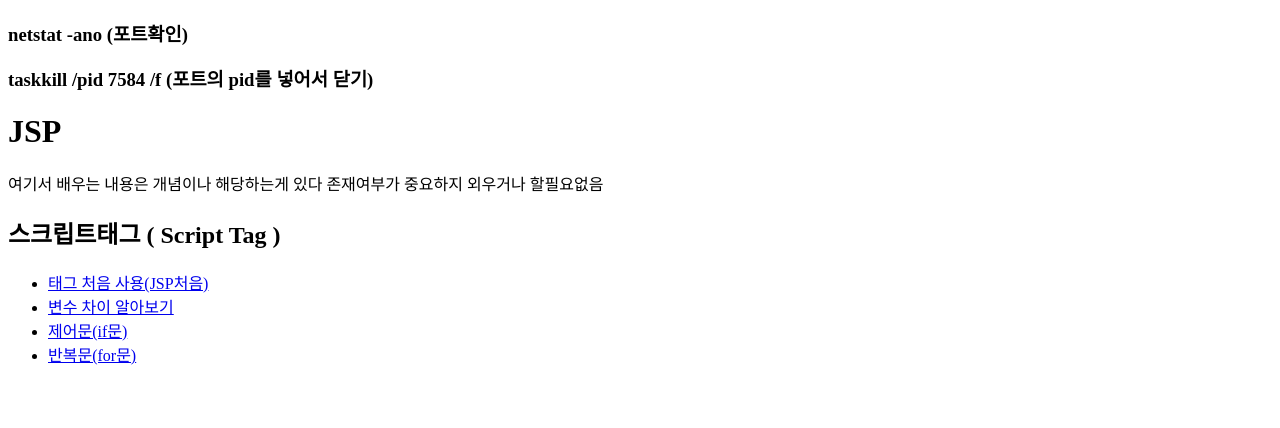
Repository: joeunpyeong/javaA
Page: 03.Tag/src/main/webapp/index.html
These files come from the project's save history. The page is drawn as it stood at one moment and after the next save; the edit follows.
The browser window is 1280 px wide. The pictures show the whole page.

Above is the page before, as saved 2023-05-19 01:59:34.

After the next save:
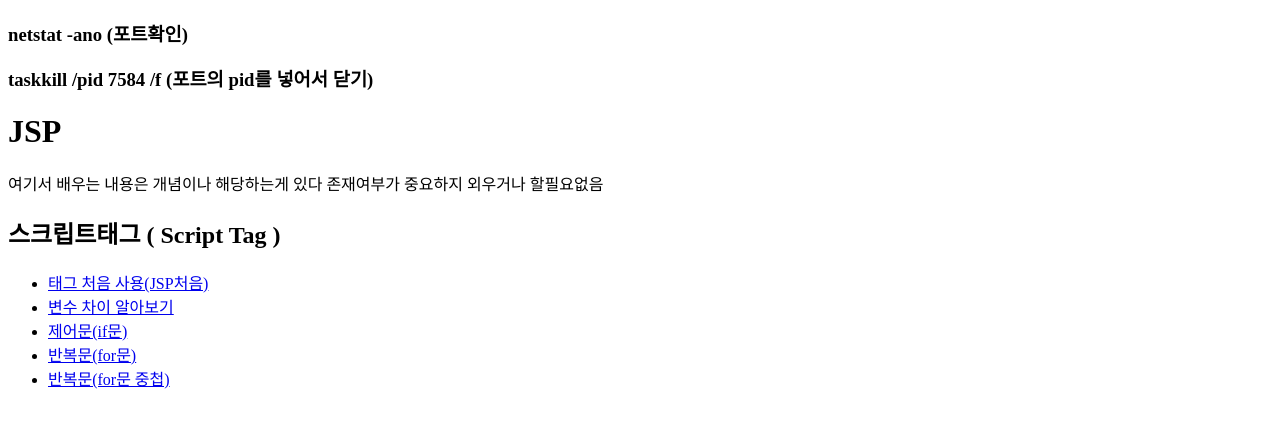
Saved 65 s later.
--- a/03.Tag/src/main/webapp/index.html
+++ b/03.Tag/src/main/webapp/index.html
@@ -17,6 +17,7 @@
 		<li><a href="01.Script/Ex01Var.jsp">변수 차이 알아보기</a> </li>
 		<li><a href="01.Script/Ex02If.jsp">제어문(if문)</a> </li>
 		<li><a href="01.Script/Ex03For.jsp">반복문(for문)</a> </li>
+		<li><a href="01.Script/Ex04ForTest.jsp">반복문(for문 중첩)</a> </li>
 	</ul>
 
 
